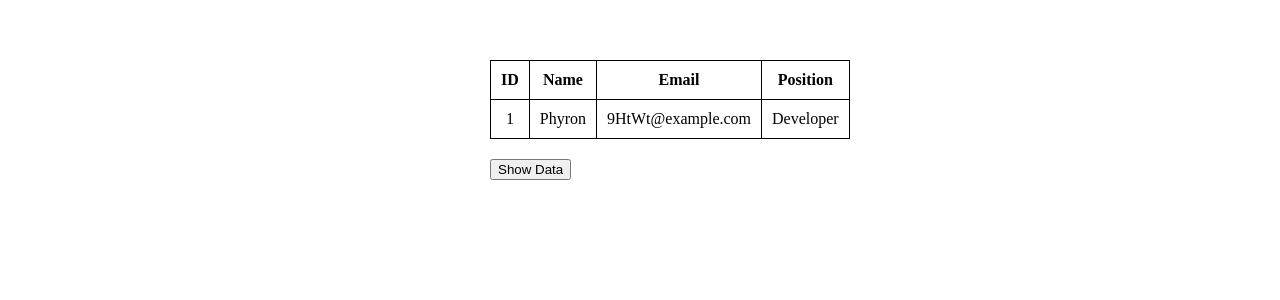
Repository: phyron-coder/NodeJS-1-
Page: index.html
An editor plug-in stored every save of this project. The page is shown before and after the next save, followed by the edit.
The browser window is 1280 px wide. The pictures show the whole page.

Above is the page before, as saved 2025-08-16 00:40:05.

After the next save:
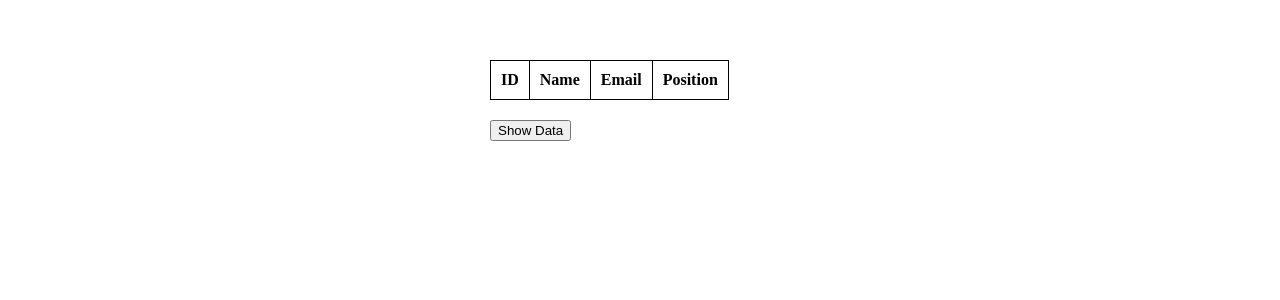
Saved 13 s later.
--- a/index.html
+++ b/index.html
@@ -43,12 +43,7 @@
             </tr>
         </thead>
         <tbody>
-            <tr>
-                <td>1</td>
-                <td>Phyron</td>
-                <td>9HtWt@example.com</td>
-                <td>Developer</td>
-            </tr>
+
         </tbody>
 
     </table>
